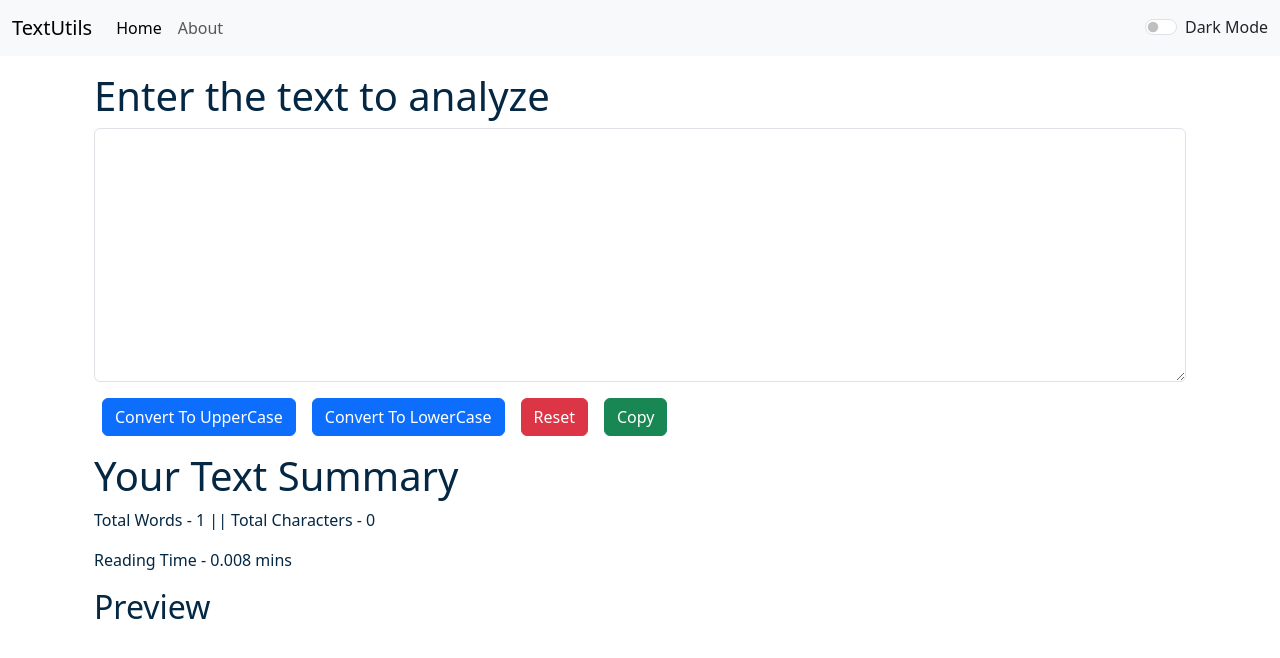
Repository: Rohit-foryou/Text-Utils
Page: /
An editor plug-in stored every save of this project. The page is shown before and after the next save, followed by the edit.
The browser window is 1280 px wide. The pictures show the whole page.
The project was rebuilt for these pictures with package versions that can differ from the ones it lists, and the page was loaded fresh each time. Also part of the build but not shown: src/index.css, src/App.css.

Above is the page before, as saved 2023-12-21 14:26:17.

After the next save:
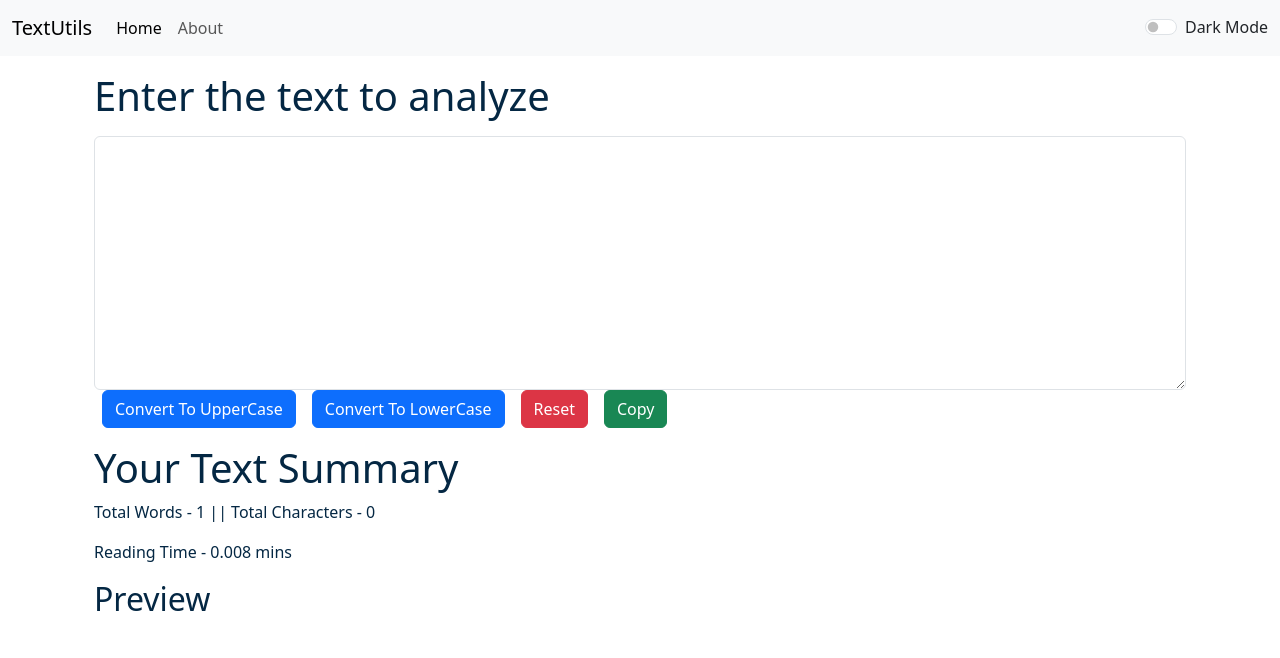
Saved 4 min 10 s later.
--- a/src/components/TextForm.js
+++ b/src/components/TextForm.js
@@ -30,8 +30,20 @@
     <div className='container' style={{color: props.mode==='dark'?'white':'#042743'}}>
         <h1>{props.heading}</h1>
         <div className="mb-3">
-        <textarea className="form-control" value = {text} onChange={handleOnChange} style={{backgroundColor: props.mode==='dark'?'grey':'white', color: props.mode==='dark'?'white':'#042743' }} id="myBox" rows="10"></textarea>
+
         </div>
+        <textarea
+            className="form-control"
+            value={text}
+            onChange={handleOnChange}
+            style={{
+                backgroundColor: props.mode === 'dark' ? 'grey' : 'white',
+                color: props.mode === 'dark' ? 'white' : '#042743'
+            }}
+            id="myBox"
+            rows="10"
+        ></textarea>
+
         <button className="btn btn-primary
 
 

After the save that followed:
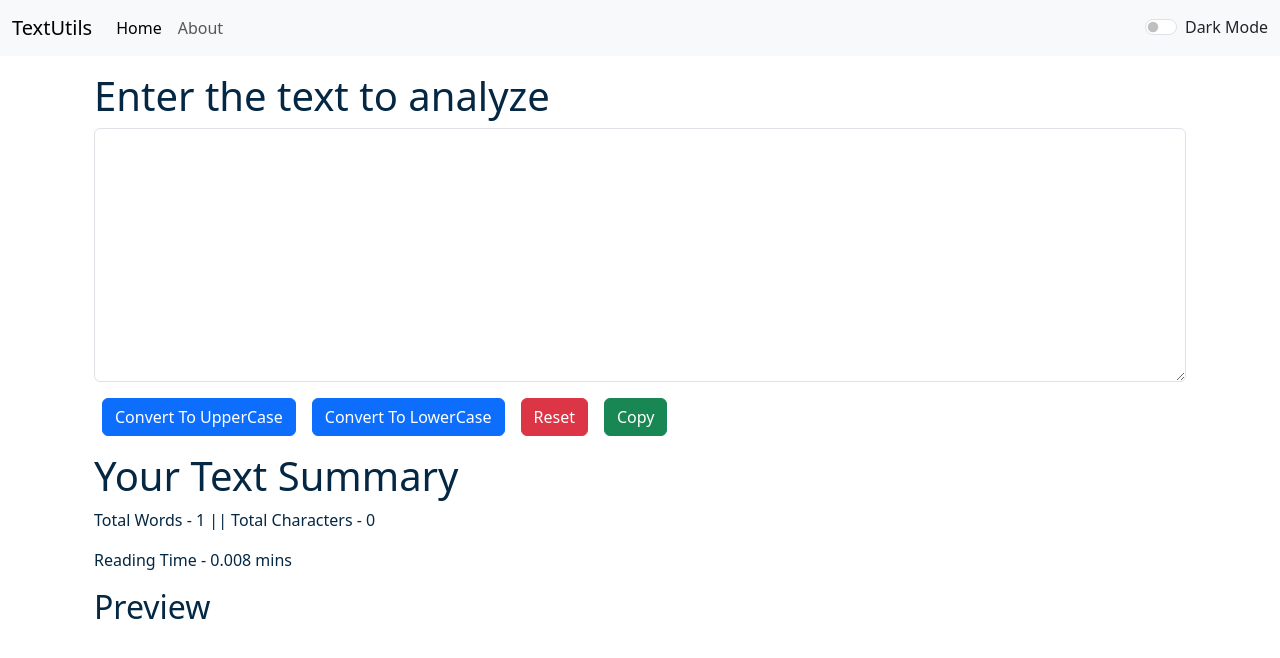
Saved 16 s later.
--- a/src/components/TextForm.js
+++ b/src/components/TextForm.js
@@ -30,20 +30,8 @@
     <div className='container' style={{color: props.mode==='dark'?'white':'#042743'}}>
         <h1>{props.heading}</h1>
         <div className="mb-3">
-
+        <textarea className="form-control" value = {text} onChange={handleOnChange} style={{backgroundColor: props.mode==='dark'?'grey':'white', color: props.mode==='dark'?'white':'#042743' }} id="myBox" rows="10"></textarea>
         </div>
-        <textarea
-            className="form-control"
-            value={text}
-            onChange={handleOnChange}
-            style={{
-                backgroundColor: props.mode === 'dark' ? 'grey' : 'white',
-                color: props.mode === 'dark' ? 'white' : '#042743'
-            }}
-            id="myBox"
-            rows="10"
-        ></textarea>
-
         <button className="btn btn-primary
 
 
